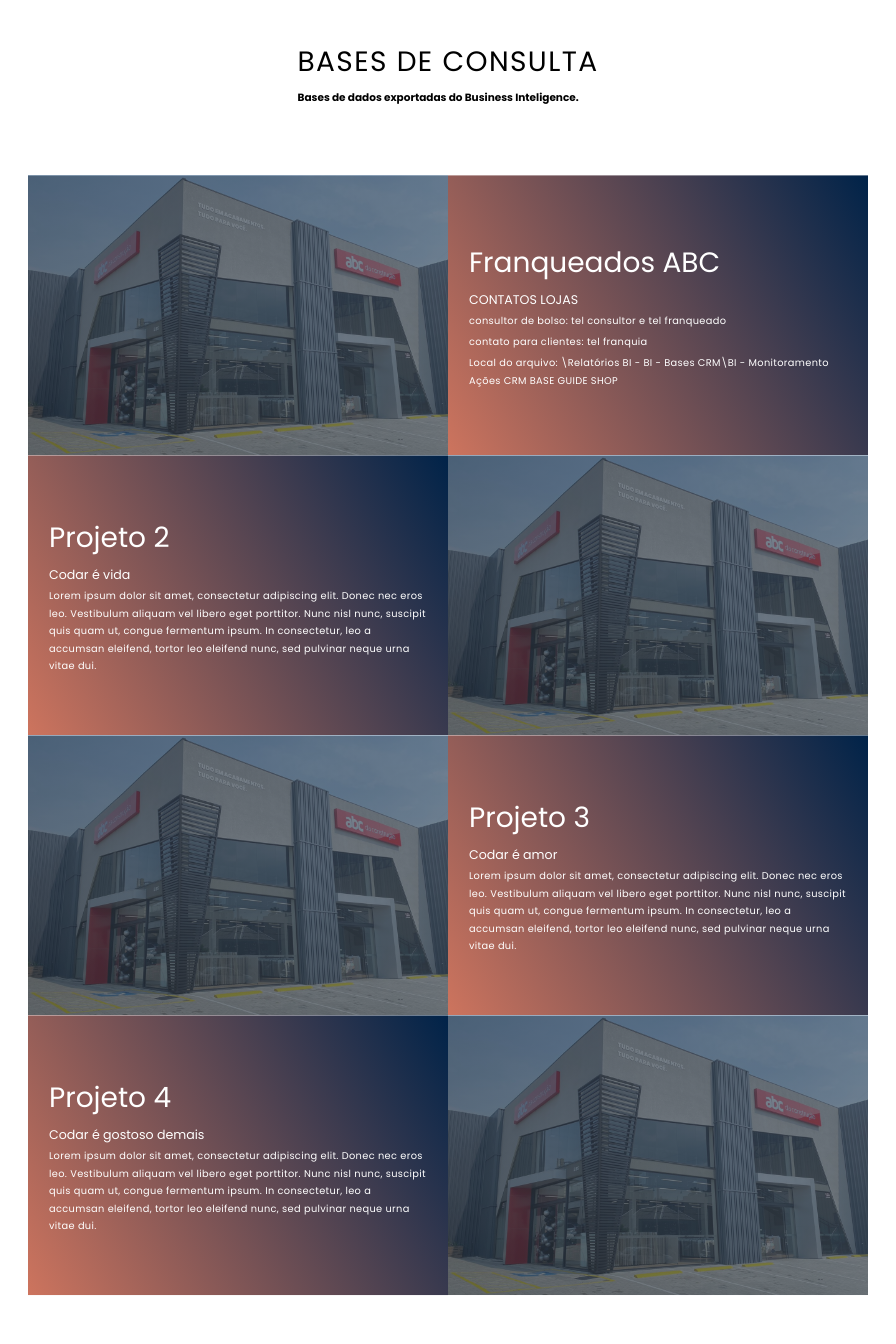
Repository: douglasabnovato/apresentacao
Page: index.html
An editor plug-in stored every save of this project. The page is shown before and after the next save, followed by the edit.
The browser window is 1280 px wide. The pictures show the part of the page from y = 1966 to 3886 px (the page is 13502 px tall), at 70% of full size.

Above is the page before, as saved 2025-01-14 17:00:39.

After the next save:
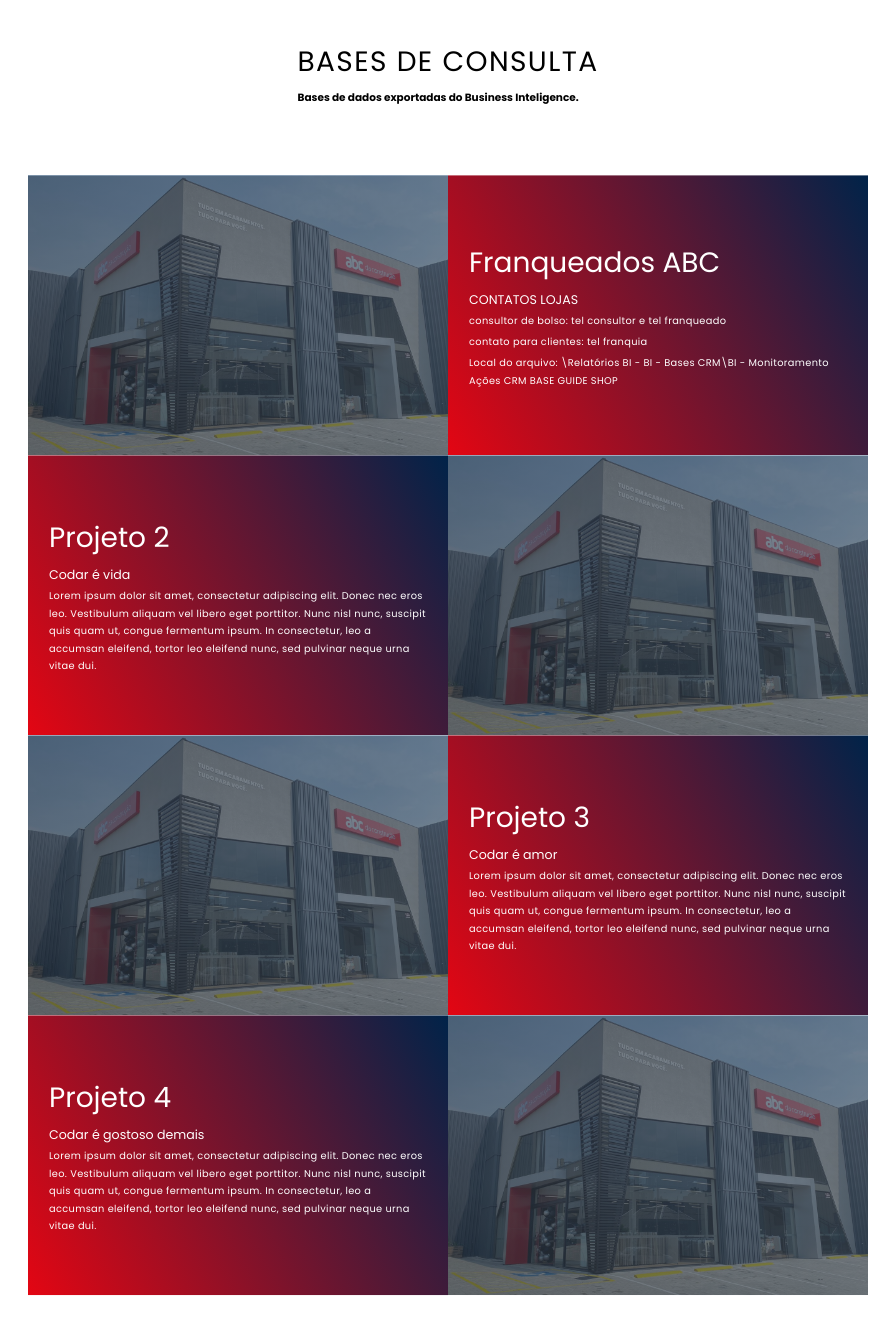
Saved 9 s later.
--- a/style.css
+++ b/style.css
@@ -278,7 +278,7 @@ p {
   align-items: flex-start;
   justify-content: center;
   flex-direction: column;
-  background-image: linear-gradient(60deg, #b53110ac 0%, #002349 100%);
+  background-image: linear-gradient(60deg, #E30613 0%, #002349 100%);
   color: white;
 }
 
